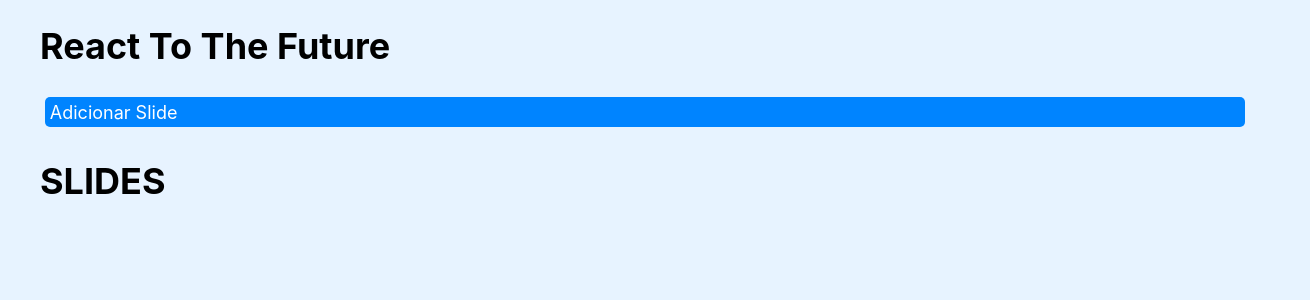
Repository: gotomarcelo/MERN
Page: / (app in cliente/)
An editor plug-in stored every save of this project. The page is shown before and after the next save, followed by the edit.
The browser window is 1280 px wide. The page is 1280 px wide, then 1310 px, then 1280 px, so the pictures cover 1310 px, including what lies to the right of the window. The pictures show the whole page.
The page's requests for data from a server got no answer. The project was rebuilt for these pictures with package versions that can differ from the ones it lists, and the page was loaded fresh each time. No one was signed in, and anything a server would have sent is missing.

Above is the page before, as saved 2022-01-03 15:03:35.

### cliente/src/App.js
import React, { useState, useEffect } from "react";
import Axios from "axios";
import "./App.css";
import Colapsavel from "./Colapsavel";

function App() {
  const [tituloSlide, setTitulo] = useState("");
  const [conteudoSlide, setConteudo] = useState("");

  const [newTituloSlide, setNewTituloSlide] = useState("");
  const [newConteudoSlide, setNewConteudoSlide] = useState("");

  const [slideList, setSlideList] = useState([]);

  useEffect(() => {
    Axios.get("http://localhost:3001/read").then((response) =>
      setSlideList(response.data)
    );
  }, []);

  const addToList = () => {
    Axios.post("http://localhost:3001/insert", {
      tituloSlide: tituloSlide,
      conteudoSlide: conteudoSlide,
    });
    window.location.reload();
  };

  const updateSlide = (id) => {
    Axios.put("http://localhost:3001/update", {
      id: id,
      newTituloSlide: newTituloSlide,
      newConteudoSlide: newConteudoSlide,
    });
    window.location.reload();
  };

  const deleteSlide = (id) => {
    Axios.delete(`http://localhost:3001/delete/${id}`);
    window.location.reload();
  };

  return (
    <>
      <body>
        <h1>React To The Future</h1>
        <Colapsavel label="Adicionar Slide">
          <form class="form">
            <h2>Adicionar Slide</h2>
            <p className="p" type="Título:">
              <input
                className="entrada"
                placeholder="Título do slide"
                type="text"
                onChange={(event) => {
                  setTitulo(event.target.value);
                }}
              />
            </p>

            <p className="p" type="Conteúdo:">
              <input
                className="entrada"
                placeholder="Conteúdo do slide"
                type="text"
                onChange={(event) => {
                  setConteudo(event.target.value);
                }}
              />
            </p>
            <button className="button" onClick={addToList}>Add To List</button>
          </form>
        </Colapsavel>
        <h1>SLIDES</h1>
        {slideList.map((val, key) => {
          return (
            <Colapsavel label={val.tituloSlide} key={key}>
              <h1>{val.tituloSlide}</h1>
              <p>{val.conteudoSlide}</p>
              <input
                type="text"
                placeholder="Novo nome do título"
                onChange={(event) => {
                  setNewTituloSlide(event.target.value);
                }}
              />
              <input
                type="text"
                placeholder="Atualizar conteudo"
                onChange={(event) => {
                  setNewConteudoSlide(event.target.value);
                }}
              />
              <button onClick={() => updateSlide(val._id)}>Atualizar</button>
              <button onClick={() => deleteSlide(val._id)}>Deletar</button>
            </Colapsavel>
          );
        })}
      </body>
    </>
  );
}

export default App;

### cliente/src/index.css
body {
    font-family: -apple-system, BlinkMacSystemFont, 'Segoe UI', Roboto, Oxygen,
     Ubuntu, Cantarell, 'Open Sans', 'Helvetica Neue', sans-serif;
}

### cliente/src/App.css
.App {
  text-align: center;
  display: flex;
  flex-direction: column;
  justify-content: center;
  align-items: center;
}

input,
button {
  width: 200px;
  height: 30px;
  font-size: 20px;
  margin: 5px;
}

body {
  max-width: 1200px;
  font-size: 18px;
  padding: 0;
  margin: 0 auto !important;
}

h2 {
  margin: 10px 0;
  padding-bottom: 10px;
  width: 300px;
  color: #0084ff;
  border-bottom: 3px solid #b4daff;
}

.entrada {
  width: 100%;
  padding: 10px;
  box-sizing: border-box;
  background: none;
  outline: none;
  resize: none;
  border: 0;
  font-family: "Montserrat", sans-serif;
  transition: all 0.3s;
  border-bottom: 2px solid #0084ff;
}

.entrada:focus {
  border-bottom: 2px solid #b4daff;
}

.form {
  width: 1200px;
  height: 320px;
  padding: 20px 30px;
  max-width: calc(100vw - 40px);
  box-sizing: border-box;
  font-family: "Montserrat", sans-serif;
  position: relative;
}

.p:before {
  content: attr(type);
  display: block;
  margin: 28px 0 0;
  font-size: 14px;
  color: #0084ff;
}
.button {
  float: right;
  padding: 0.1rem;
  border-radius: 5px;
  margin: 8px 0 0;
  font-family: "Montserrat", sans-serif;
  border: 2px solid #0084ff;
  background: 0;
  color: #5a5a6e;
  cursor: pointer;
  transition: all 0.3s;
}
.button:hover {
  background: #b4daff;
  color: rgb(0, 0, 0);
}

body{
  background-color: #e7f3ff;
}

### cliente/src/Colapsavel.js
import React, { useState, useRef } from "react";
import "./Colapsavel.css";

function Colapsavel(props) {
  const [isOpen, setIsOpen] = useState(false);

  const paiRef = useRef();

  return (
    <div className="colapsavel">
      <button className="toggle" onClick={() => setIsOpen(!isOpen)}>
        {props.label}
      </button>
      <div
      className="conteudo-pai"
      ref={paiRef}
      style={isOpen
        ?   {
            height: paiRef.current.scrollHeight + "px"
            }
        :   {
            height: "0px"
            }
      }
    >
        <div className="conteudo">{props.children}</div>
      </div>
    </div>
  );
}

export default Colapsavel;

### cliente/src/Colapsavel.css
.colapsavel .toggle {
  background: #0084ff;
  border: unset;
  cursor: pointer;
  font: unset;
  padding: 0.3rem;
  border-radius: 5px;
  color: #ffffff;
  margin-bottom: 0.5rem;
  width: 100%;
  text-align: left;
}

.colapsavel .conteudo {
    border: 1px solid #afafaf;
    padding: 0.5rem;
    border-radius: 5px;
    margin-bottom: 0.5rem;
}

.colapsavel .conteudo-pai {
    height: 0px;
    overflow: hidden;
    transition: height ease 0.3s;
}

Loaded but not shown: cliente/src/index.js (common file)

After the next save:
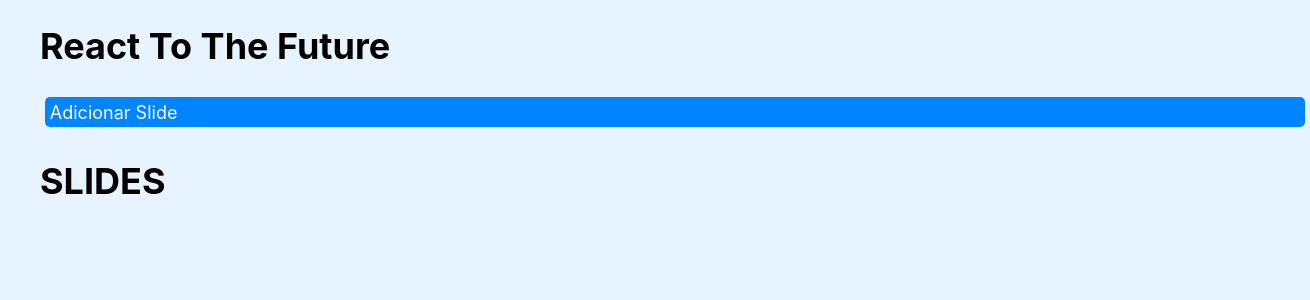
Saved 14 s later.
--- a/cliente/src/Colapsavel.css
+++ b/cliente/src/Colapsavel.css
@@ -7,7 +7,7 @@
   border-radius: 5px;
   color: #ffffff;
   margin-bottom: 0.5rem;
-  width: 100%;
+  width: 105%;
   text-align: left;
 }
 

After the save that followed:
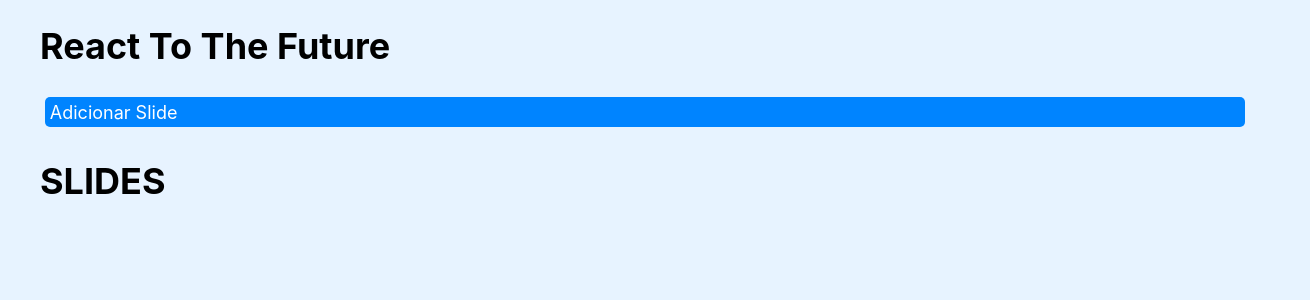
Saved 4 s later.
--- a/cliente/src/Colapsavel.css
+++ b/cliente/src/Colapsavel.css
@@ -7,7 +7,7 @@
   border-radius: 5px;
   color: #ffffff;
   margin-bottom: 0.5rem;
-  width: 105%;
+  width: 100%;
   text-align: left;
 }
 
